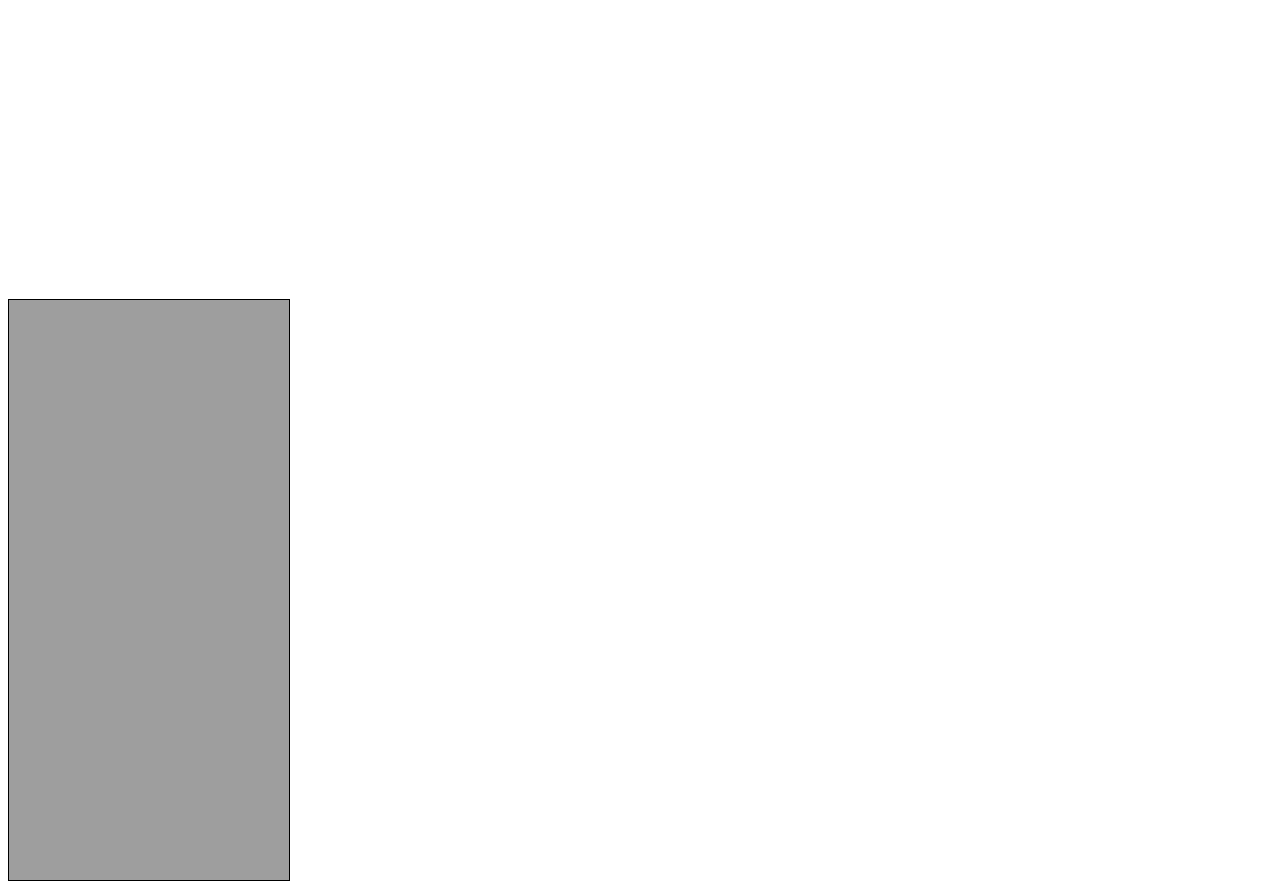
Repository: Tranduchieu2002/FlappyBird
Page: Flappy.html
An editor plug-in stored every save of this project. The page is shown before and after a run of saves, followed by the edit.
The browser window is 1280 px wide. The pictures show the whole page.

Above is the page before, as saved 2021-09-14 17:04:49.

### Flappy.html
<!DOCTYPE html>
<html lang="en">
<head>
   <meta charset="UTF-8">
   <meta http-equiv="X-UA-Compatible" content="IE=edge">
   <meta name="viewport" content="width=device-width, initial-scale=1.0">
   <title>Document</title>
   <style>
      canvas  {
         border: 1px solid;
         transform: translateY(50%)
      }

   </style>
</head>
<body>
   <canvas id="canvas" width="280px" height="580px">

   </canvas>
   <script src="index.js"></script>
</body>
</html>

### index.js
const cvs = document.querySelector("canvas");
const ctx = cvs.getContext("2d");
var bird = new Image();
var bg = new Image();
let fg = new Image();
let pipeSouth = new Image();
let pipeNorth = new Image();
console.log(pipeNorth.length, pipeSouth.length);
fg.src =
  "https://raw.githubusercontent.com/CodeExplainedRepo/FlappyBird-JavaScript/master/images/fg.png";
pipeNorth.src =
  "https://raw.githubusercontent.com/CodeExplainedRepo/FlappyBird-JavaScript/master/images/pipeNorth.png";
pipeSouth.src =
  "https://raw.githubusercontent.com/CodeExplainedRepo/FlappyBird-JavaScript/master/images/pipeSouth.png";
bird.src =
  "https://e7.pngegg.com/pngimages/328/754/png-clipart-flappy-bird-blue-minecraft-bird-flappy-bird-bird.png";
bg.src =
  "https://raw.githubusercontent.com/CodeExplainedRepo/FlappyBird-JavaScript/master/images/bg.png";
(function draw() {
  const fh = 50;
  const hC = cvs.height;
  let Bx = 50;
  let By = 50;
  let hPassForCg = 7 * fh;
  ctx.drawImage(bg, 0, 0);
  ctx.drawImage(bird, 0, 0, 50, 50);
  ctx.drawImage(pipeSouth, 130, hC - hPassForCg);
  ctx.drawImage(pipeNorth,130,0)
  ctx.drawImage(fg, 0, hC - fg.height);
  requestAnimationFrame(draw);
})();

After the next 2 saves:
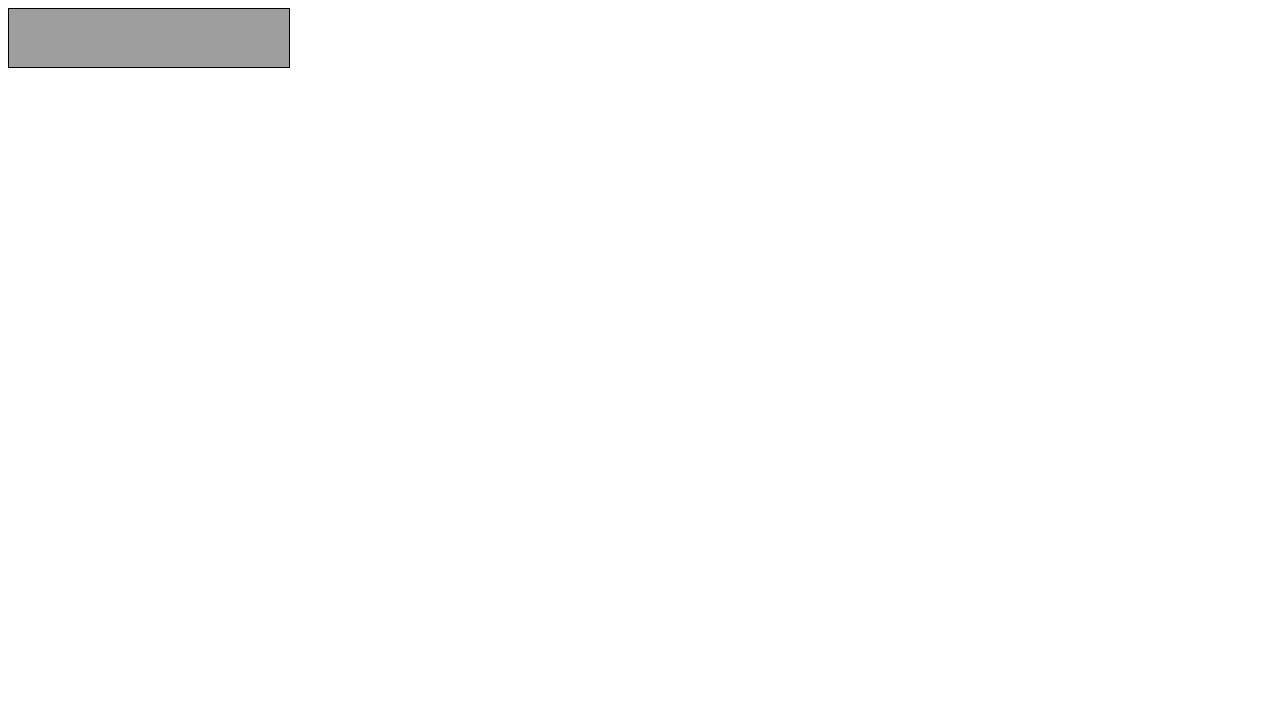
The 2 saves are shown as one change because they came seconds apart.
The last was saved 21 s later.
--- a/Flappy.html
+++ b/Flappy.html
@@ -8,13 +8,12 @@
    <style>
       canvas  {
          border: 1px solid;
-         transform: translateY(50%)
-      }
+=
 
    </style>
 </head>
 <body>
-   <canvas id="canvas" width="280px" height="580px">
+   <canvas id="canvas" width="280px" height="58 0px">
 
    </canvas>
    <script src="index.js"></script>
